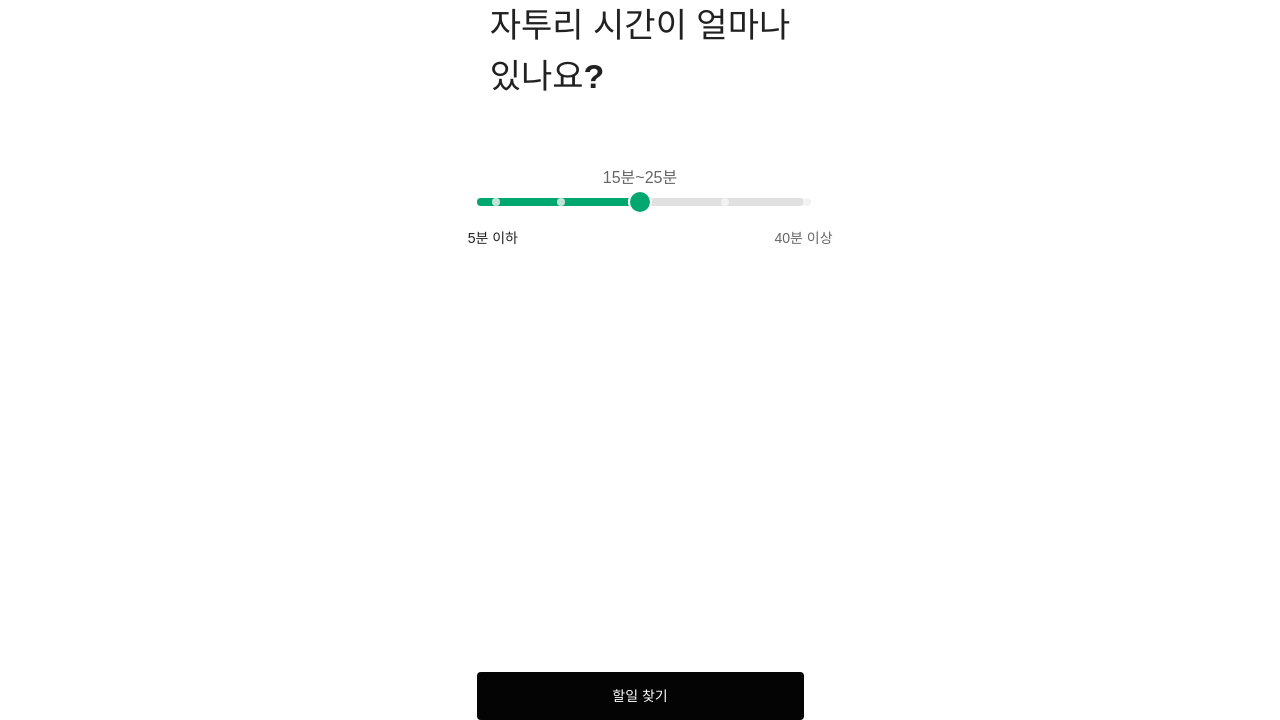
Repository: Tickley-Team/Tickley
Page: /survey
These files come from the project's save history. The page is drawn as it stood at one moment and after the next save; the edit follows.
The browser window is 1280 px wide. The pictures show the whole page.
The project was rebuilt for these pictures with package versions that can differ from the ones it lists, and the page was loaded fresh each time. Also part of the build but not shown: vite.config.ts, src/components/BottomNavbar.css, src/components/BottomNavbar.tsx, src/hooks/useLocalStorage.ts, src/stores/timeLeftStore.ts, src/utils.ts, src/components/BasicDialog.tsx, src/pages/Todos.tsx and 12 more.

Above is the page before, as saved 2024-12-09 16:28:09.

After the next save:
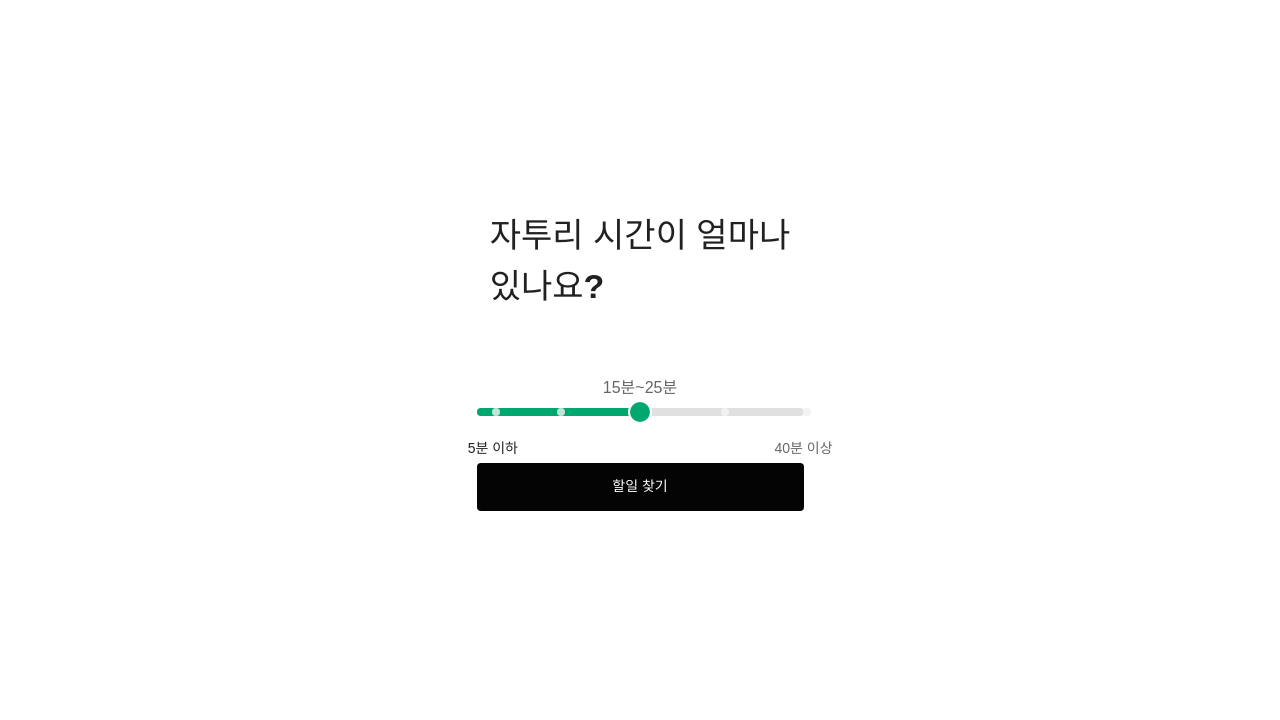
Saved 15 s later.
--- a/src/pages/SurveySpareTime/index.tsx
+++ b/src/pages/SurveySpareTime/index.tsx
@@ -23,7 +23,7 @@ const SurveySpareTime = () => {
         {`자투리 시간이 얼마나\n있나요?`}
       </Typography>
       <RangeSlider />
-      <CTAButton sx={{ marginTop: 'auto' }} onClick={handleClickButton}>
+      <CTAButton sx={{ marginTop: '20px' }} onClick={handleClickButton}>
         할일 찾기{' '}
       </CTAButton>
     </MobileLayout>
